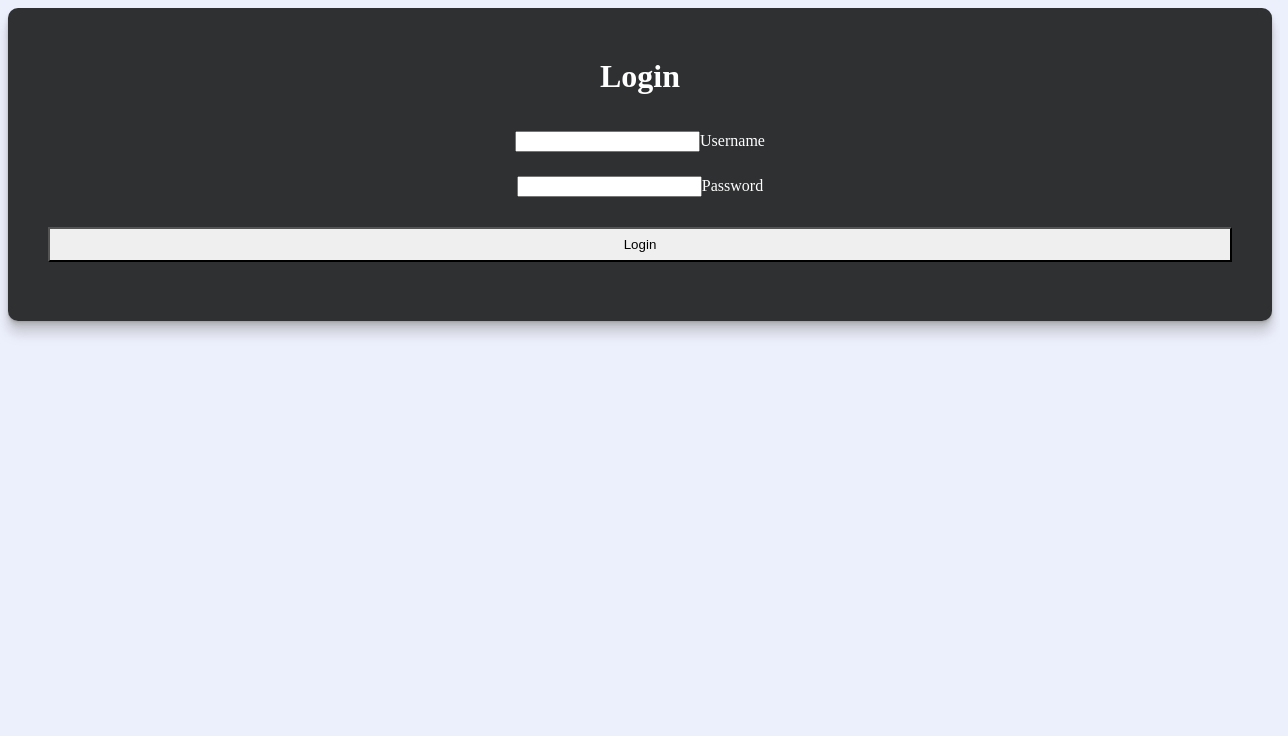
Repository: nanfengovo/HelperWorkStation
Page: /#/ (app in HelperWorkStation/plchelper-ui/)
The author's editor kept a copy of each file at every save. The page is drawn from the files as they stood at one save, then again after the next save.
The browser window is 1280 px wide. The page is 1280 px wide, then 1288 px, so the pictures cover 1288 px, including what lies to the right of the window. The pictures show the whole page.
The project was rebuilt for these pictures with package versions that can differ from the ones it lists, and the page was loaded fresh each time. Also part of the build but not shown: HelperWorkStation/plchelper-ui/vite.config.ts.

Above is the page before, as saved 2024-12-23 20:53:13.

After the next save:
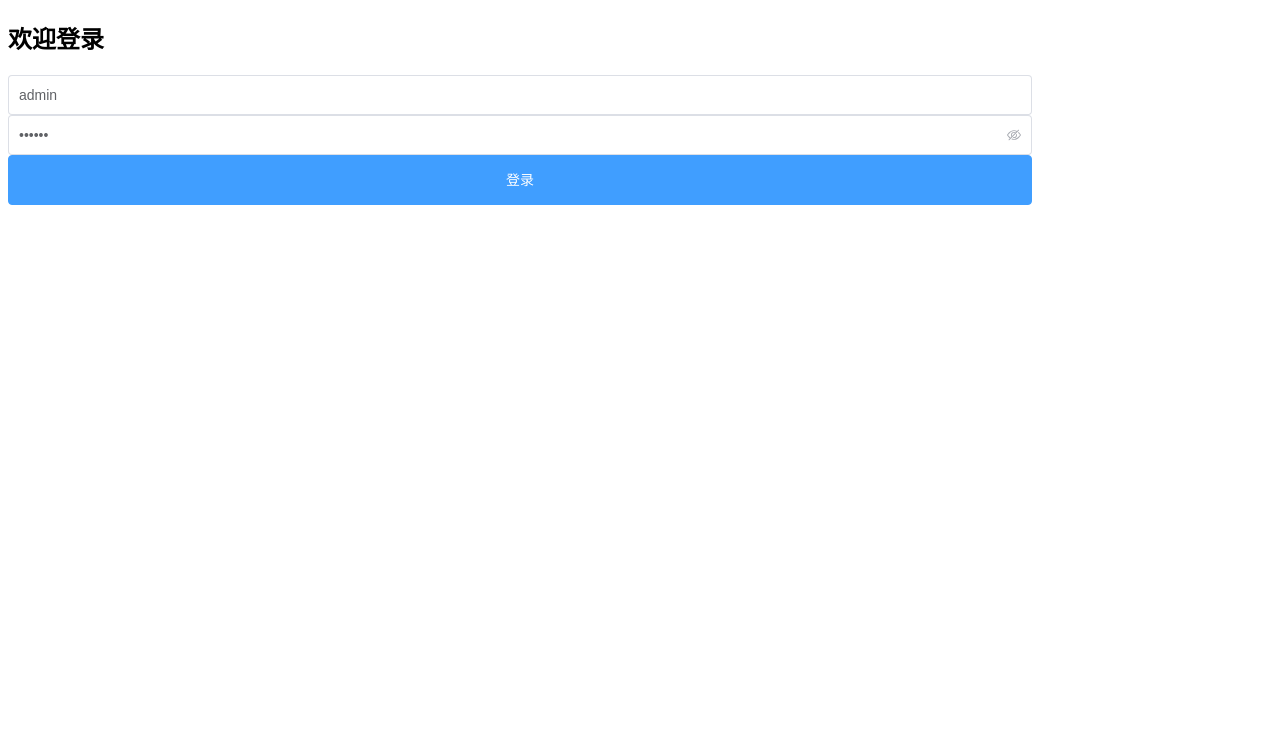
Saved 3 min 38 s later.
--- a/HelperWorkStation/plchelper-ui/src/views/Login/index.vue
+++ b/HelperWorkStation/plchelper-ui/src/views/Login/index.vue
@@ -1,100 +1,48 @@
 <template>
-    <v-html>
-            <form class="login-form" action="javascript:void(0);">
-    <h1>Login</h1>
-    <div class="form-input-material">
-        <input type="text" name="username" id="username" placeholder=" " autocomplete="off" class="form-control-material" required />
-        <label for="username">Username</label>
+    <div class="login-container">
+        <div class="Login">
+        <span>
+            <h2>欢迎登录</h2>
+        </span>
+        <div class="Login-item">
+            <el-input
+            v-model="loginForm.UserName"
+            style="width: 80%; height: 40px"
+            clearable
+            placeholder="请输入用户名"
+            :prefix-icon="User"
+            />
+        </div>
+        <div class="Login-item">
+            <el-input
+            v-model="loginForm.Password"
+            style="width: 80%; height: 40px"
+            clearable
+            placeholder="请输入密码"
+            type="password"
+            show-password
+            :prefix-icon="Lock"
+            />
+        </div>
+        <div class="Login-item">
+            <el-button
+            @click="loginClick"
+            type="primary"
+            style="width: 80%; height: 50px"
+            >登录
+            </el-button>
+        </div>
+        </div>
     </div>
-    <div class="form-input-material">
-        <input type="password" name="password" id="password" placeholder=" " autocomplete="off" class="form-control-material" required />
-        <label for="password">Password</label>
-    </div>
-    <button type="submit" class="btn btn-primary btn-ghost">Login</button>
-    </form>
-    </v-html>
 </template>
 
-<style>
-    body {
-    display: flex;
-    justify-content: center;
-    align-items: center;
-    min-height: 100vh;
-    background: #eceffc;
-    }
 
-    .btn {
-    padding: 8px 20px;
-    border-radius: 0;
-    overflow: hidden;
+<script setup lang="ts">
+import { reactive } from 'vue';
 
-    &::before {
-        position: absolute;
-        content: "";
-        top: 0;
-        left: 0;
-        width: 100%;
-        height: 100%;
-        background: linear-gradient(
-        120deg,
-        transparent,
-        var(--primary-color),
-        transparent
-        );
-        transform: translateX(-100%);
-        transition: 0.6s;
-    }
+const loginForm = reactive({
+    UserName: 'admin',
+    Password: '123456',
+})
 
-    &:hover {
-        background: transparent;
-        box-shadow: 0 0 20px 10px hsla(204, 70%, 53%, 0.5);
-
-        &::before {
-        transform: translateX(100%);
-        }
-    }
-    }
-
-    .form-input-material {
-    --input-default-border-color: white;
-    --input-border-bottom-color: white;
-
-    input {
-        color: white;
-    }
-    }
-
-    .login-form {
-    display: flex;
-    flex-direction: column;
-    align-items: center;
-    padding: 50px 40px;
-    color: white;
-    background: rgba(0, 0, 0, 0.8);
-    border-radius: 10px;
-    box-shadow: 0 0.4px 0.4px rgba(128, 128, 128, 0.109),
-        0 1px 1px rgba(128, 128, 128, 0.155),
-        0 2.1px 2.1px rgba(128, 128, 128, 0.195),
-        0 4.4px 4.4px rgba(128, 128, 128, 0.241),
-        0 12px 12px rgba(128, 128, 128, 0.35);
-
-    h1 {
-        margin: 0 0 24px 0;
-    }
-
-    .form-input-material {
-        margin: 12px 0;
-    }
-
-    .btn {
-        width: 100%;
-        margin: 18px 0 9px 0;
-    }
-    }
-
-
-
-
-
-</style>
+</script>
